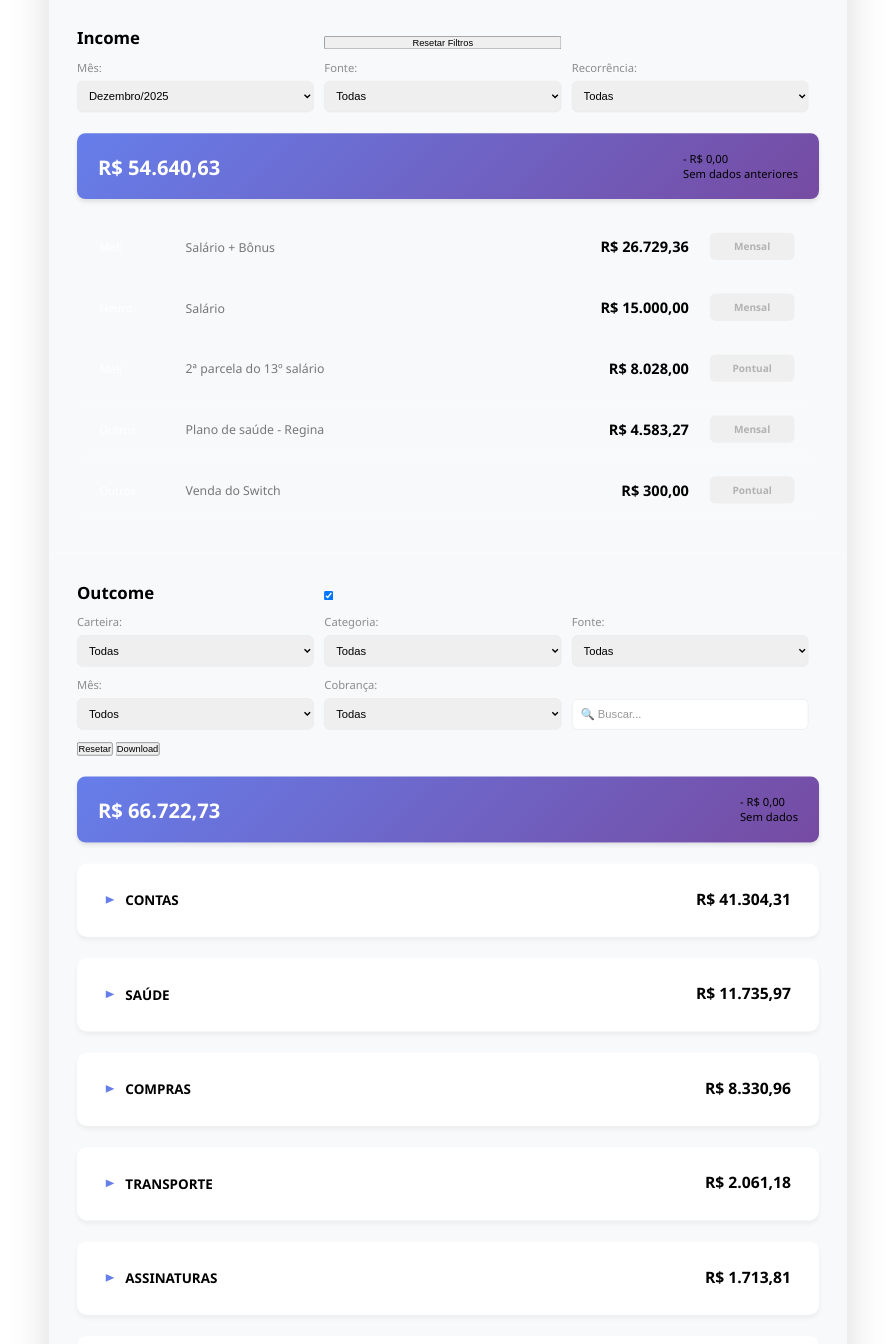
Repository: hibrunowork-cyber/-custo-familia
Page: index.html
An editor plug-in stored every save of this project. The page is shown before and after the next save, followed by the edit.
The browser window is 1280 px wide. The pictures show the part of the page from y = 459 to 2379 px (the page is 2831 px tall), at 70% of full size.

Above is the page before, as saved 2025-12-05 14:27:24.

After the next save:
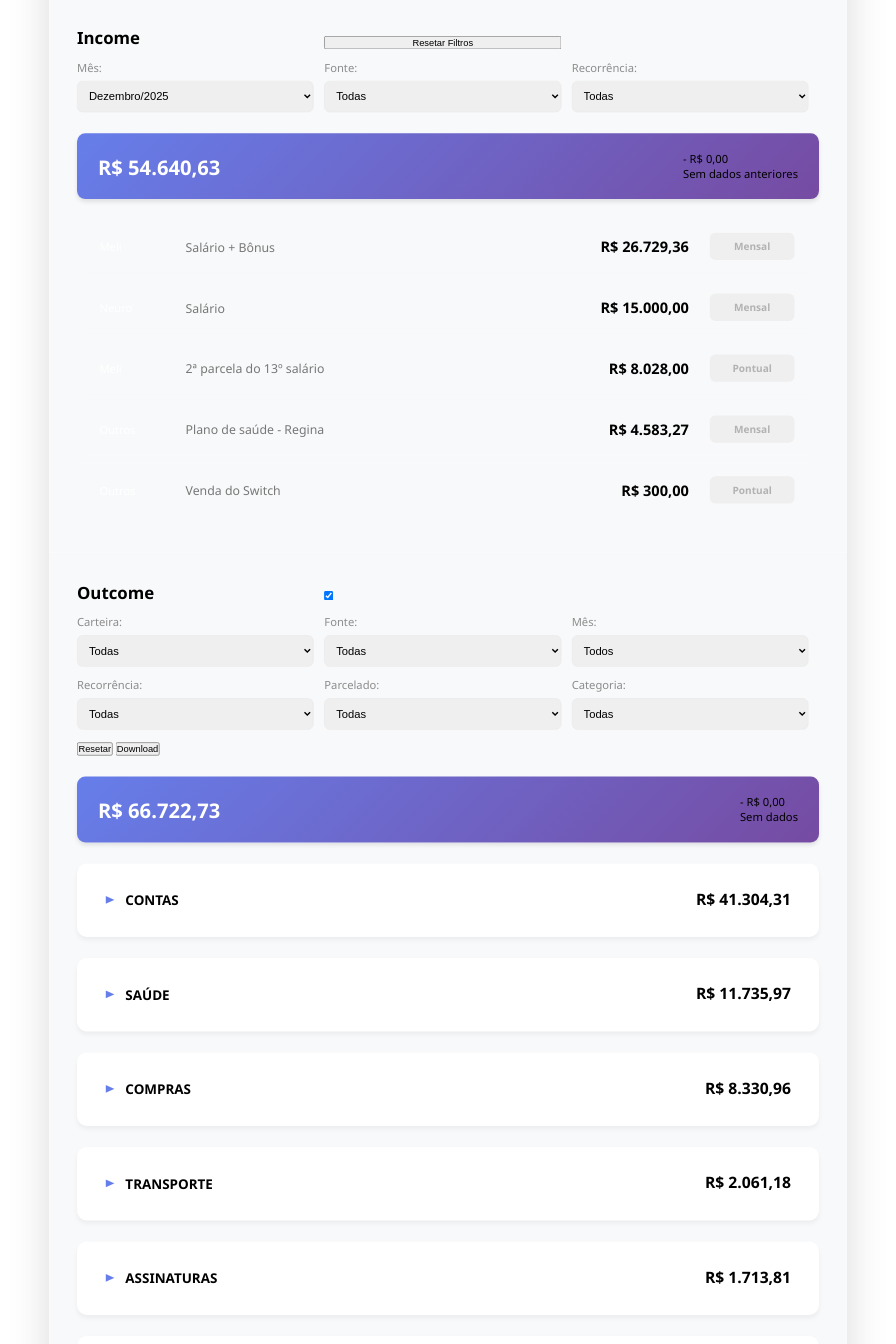
Saved 3 h 6 min later.
--- a/index.html
+++ b/index.html
@@ -87,8 +87,33 @@
                     <label for="filterCarteira">Carteira:</label>
                     <select id="filterCarteira">
                         <option value="">Todas</option>
-                        <option value="Pessoal">Pessoal</option>
-                        <option value="Consultório">Consultório</option>
+                    </select>
+                </div>
+                <div class="filter-group">
+                    <label for="filterFonte">Fonte:</label>
+                    <select id="filterFonte">
+                        <option value="">Todas</option>
+                    </select>
+                </div>
+                <div class="filter-group">
+                    <label for="filterMes">Mês:</label>
+                    <select id="filterMes">
+                        <option value="">Todas</option>
+                    </select>
+                </div>
+            </div>
+
+            <div class="filters-row">
+                <div class="filter-group">
+                    <label for="filterRecorrencia">Recorrência:</label>
+                    <select id="filterRecorrencia">
+                        <option value="">Todas</option>
+                    </select>
+                </div>
+                <div class="filter-group">
+                    <label for="filterParcelado">Parcelado:</label>
+                    <select id="filterParcelado">
+                        <option value="">Todas</option>
                     </select>
                 </div>
                 <div class="filter-group">
@@ -96,39 +121,6 @@
                     <select id="filterCategoria">
                         <option value="">Todas</option>
                     </select>
-                </div>
-                <div class="filter-group">
-                    <label for="filterFonte">Fonte:</label>
-                    <select id="filterFonte">
-                        <option value="">Todas</option>
-                        <option value="Sant-Bru">Sant-Bru</option>
-                        <option value="Sant-Gab">Sant-Gab</option>
-                        <option value="Itau">Itau</option>
-                        <option value="Nubank">Nubank</option>
-                        <option value="Débito">Débito</option>
-                    </select>
-                </div>
-            </div>
-
-            <div class="filters-row">
-                <div class="filter-group">
-                    <label for="filterMes">Mês:</label>
-                    <select id="filterMes">
-                        <option value="">Todas</option>
-                    </select>
-                </div>
-                <div class="filter-group">
-                    <label for="filterCobranca">Cobrança:</label>
-                    <select id="filterCobranca">
-                        <option value="todas">Todas</option>
-                        <option value="simples">Simples</option>
-                        <option value="parceladas">Parceladas</option>
-                        <option value="anual">Anual</option>
-                        <option value="fixa">Fixa</option>
-                    </select>
-                </div>
-                <div class="filter-group filter-search">
-                    <input type="text" id="filterBusca" placeholder="🔍 Buscar...">
                 </div>
             </div>
 
